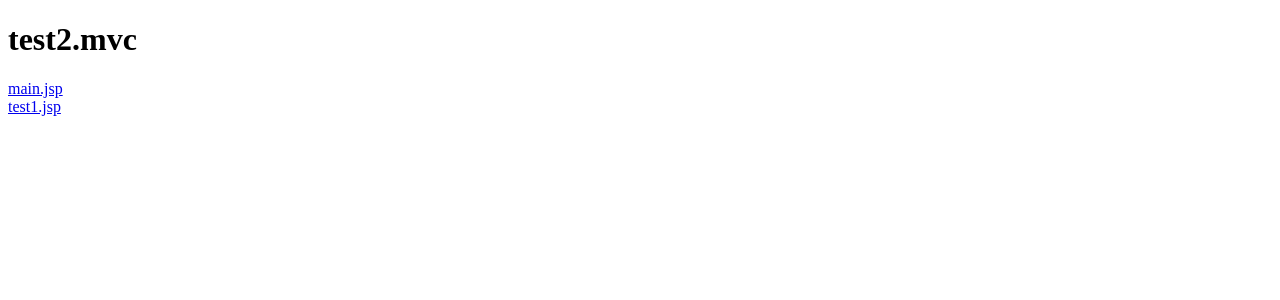
Repository: nxx5xxx/spring
Page: http://localhost/Test/test2.jsp
These files come from the project's save history. The page is drawn as it stood at one moment and after a run of saves; the edit follows.
The browser window is 1280 px wide. The pictures show the whole page.
The page is served by Tomcat 9.

Above is the page before, as saved 2023-06-02 05:36:53.

After the next 2 saves:
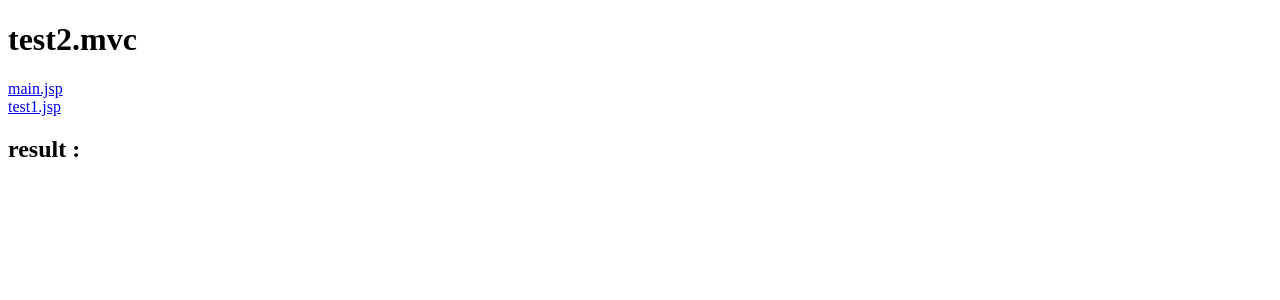
The 2 saves are shown as one change because they came seconds apart.
The last was saved 11 s later.
--- a/Test/WebContent/test2.jsp
+++ b/Test/WebContent/test2.jsp
@@ -9,6 +9,7 @@
 <body>
 	<h1>test2.mvc</h1>
 	<a href="main.mvc">main.jsp</a><br>
-	<a href="test1.mvc">test1.jsp</a>
+	<a href="test1.mvc">test1.jsp</a><br>
+	<h2> result : </h2>
 </body>
 </html>
